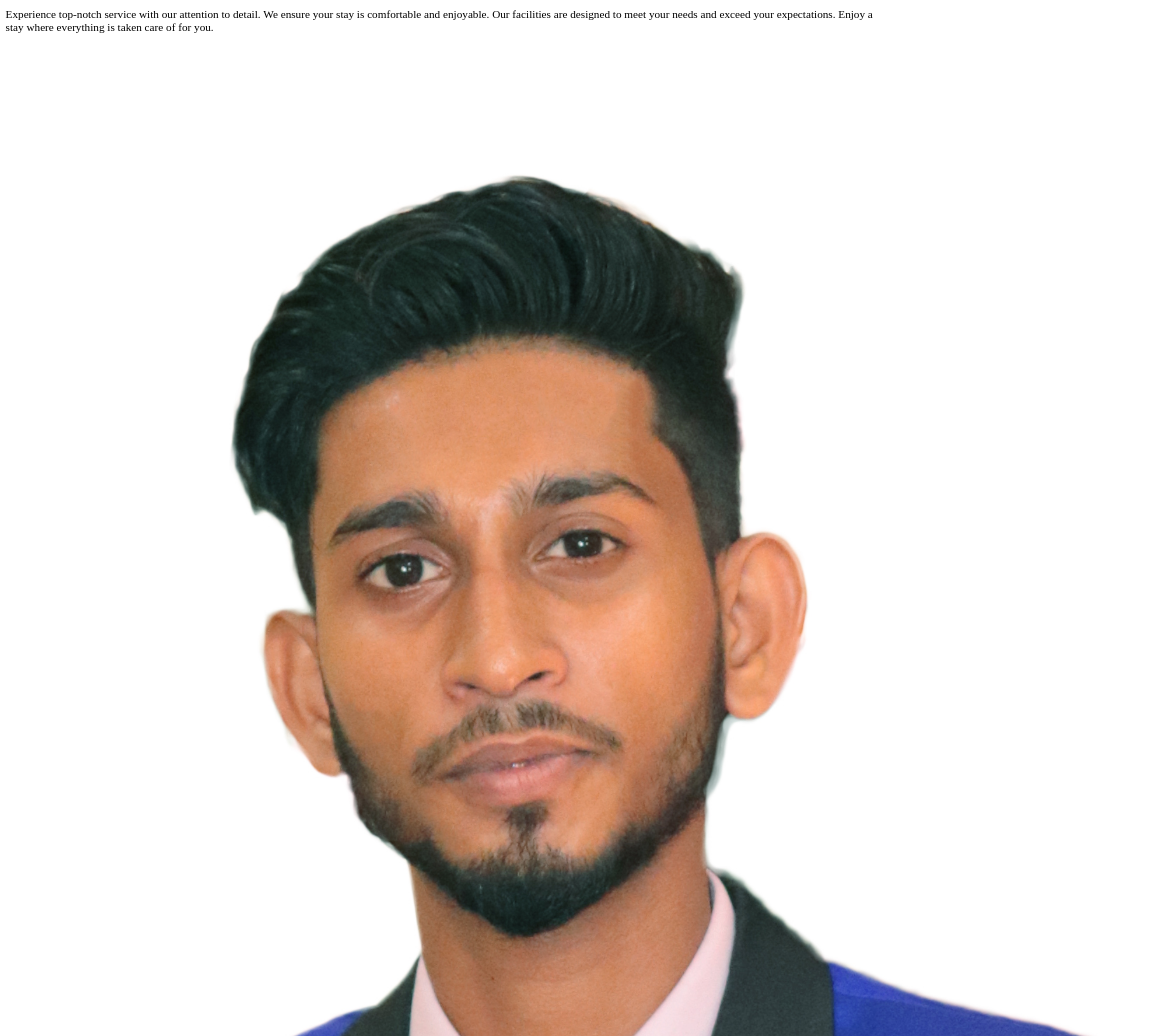
Repository: ITpatrick1/Accommodation-System
Page: http://localhost/home.php
The author's editor kept a copy of each file at every save. The page is drawn from the files as they stood at one save, then again after a run of saves.
The browser window is 1280 px wide. The page is 1673 px wide, then 1280 px, so the pictures cover 1673 px, including what lies to the right of the window. The pictures show the part of the page from y = 4976 to 6456 px (the page is 7286 px tall before and 5811 px after), at 70% of full size.
The page is run by PHP 8.4 with error messages shown; the project is at /var/www/html/.

Above is the page before, as saved 2024-08-19 02:01:55.

After the next 2 saves:
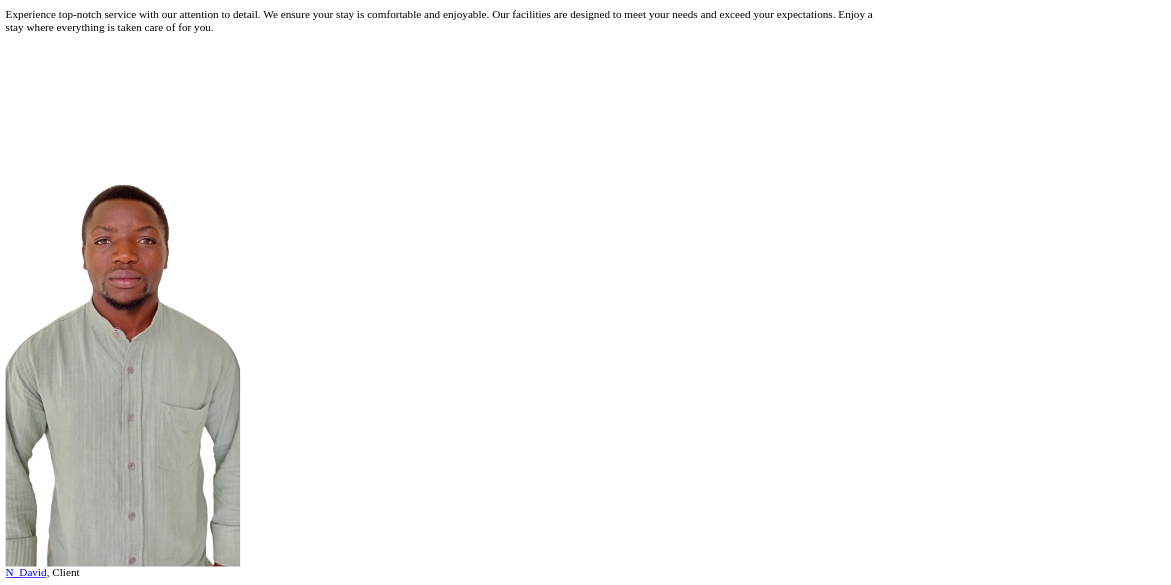
The 2 saves are shown as one change because they came seconds apart.
The last was saved 10 s later.
--- a/home.php
+++ b/home.php
@@ -323,7 +323,7 @@
                   <p>Experience top-notch service with our attention to detail. We ensure your stay is comfortable and enjoyable. Our facilities are designed to meet your needs and exceed your expectations. Enjoy a stay where everything is taken care of for you.</p>
                 </div>
                 <div class="testimonial_author text-center">
-                  <div class="testimonial_author_image"><img src="images/tushar.jpg" alt=""></div>
+                  <div class="testimonial_author_image"><img src="images/1.png" alt=""></div>
                   <div class="testimonial_author_name"><a href="#">N_David,</a><span> Client</span></div>
                 </div>
               </div>
